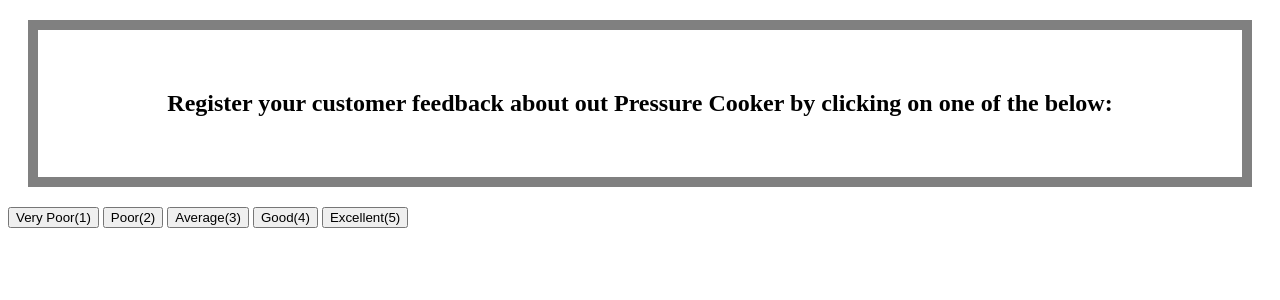
Repository: isaurabhkr/Spring-JavaCourse-101
Page: Spring/WP/GoodsteamProject/WebContent/input.html
These files come from the project's save history. The page is drawn as it stood at one moment and after the next save; the edit follows.
The browser window is 1280 px wide. The pictures show the whole page.

Above is the page before, as saved 2019-08-06 07:41:12.

### Spring/WP/GoodsteamProject/WebContent/input.html
<!DOCTYPE html>
<html>
<head>
<style>
div {
  border: 10px solid grey;
  padding: 40px;
  margin: 20px;
}
</style>
<meta charset="ISO-8859-1">
<title>Please Register Feedback</title>
</head>
<body>
<div>
<h2 align ="center"> Register your customer feedback about out Pressure Cooker by clicking on one of the below:</h2>
</div>
<form action="handlein" method="post">
<input type=submit name = "in1" value="Very Poor(1)">
<input type=submit name ="in1" value="Poor(2)">
<input type=submit name ="in1" value="Average(3)">
<input type=submit name="in1" value="Good(4)">
<input type=submit name ="in1" value="Excellent(5)">
</form>
</body>
</html>

After the next save:
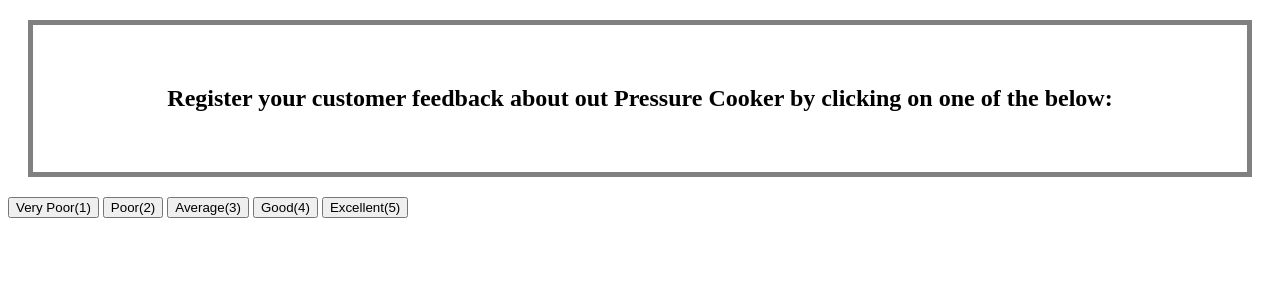
Saved 10 s later.
--- a/Spring/WP/GoodsteamProject/WebContent/input.html
+++ b/Spring/WP/GoodsteamProject/WebContent/input.html
@@ -3,7 +3,7 @@
 <head>
 <style>
 div {
-  border: 10px solid grey;
+  border: 5px solid grey;
   padding: 40px;
   margin: 20px;
 }
